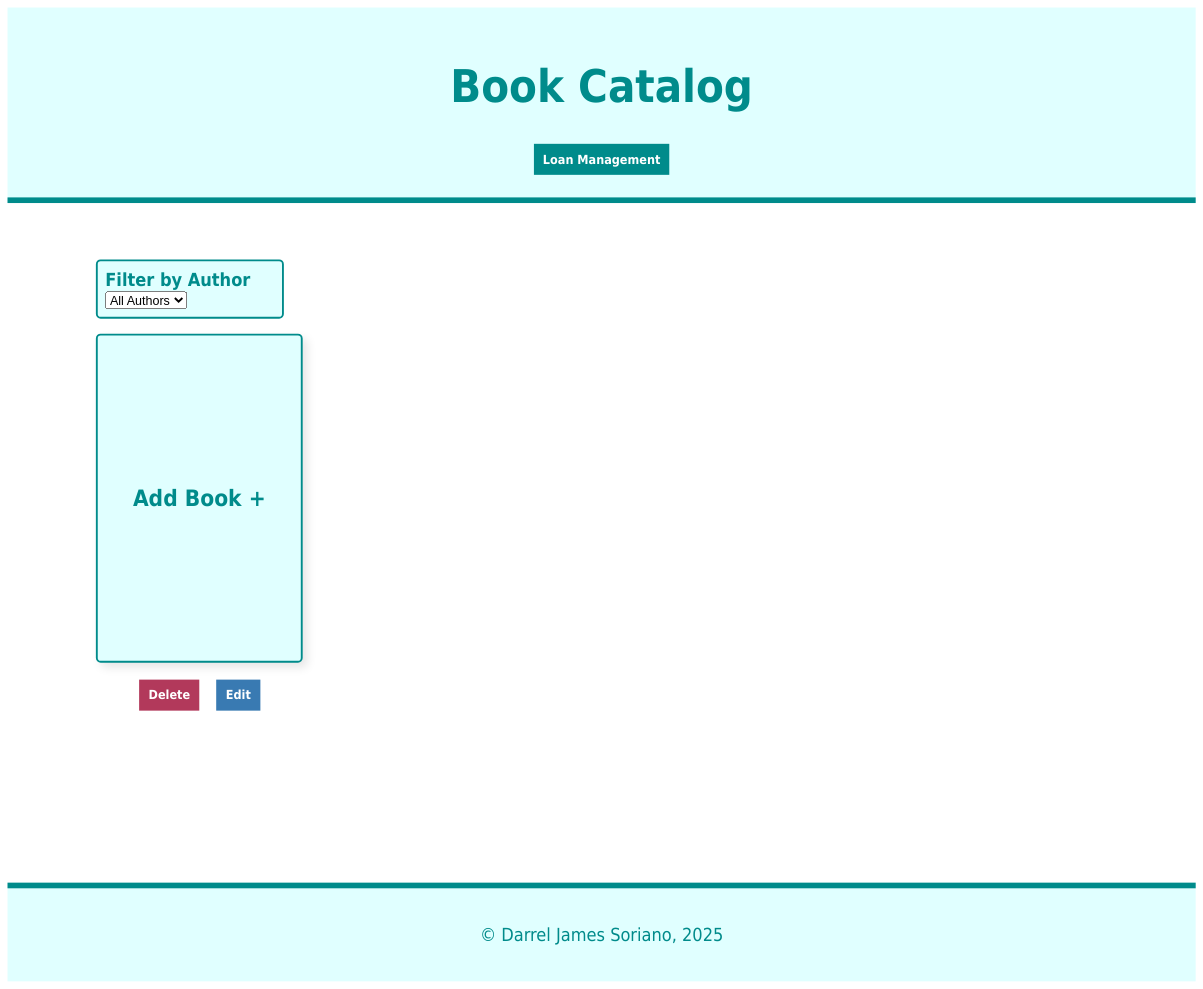
Repository: Darrel00/darrel_frontend_6
Page: / (app in darrel_frontend_6/)
These files come from the project's save history. The page is drawn as it stood at one moment and after the next save; the edit follows.
The browser window is 1280 px wide. The pictures show the whole page, at 94% of full size.
The project was rebuilt for these pictures with package versions that can differ from the ones it lists, and the page was loaded fresh each time. Also part of the build but not shown: darrel_frontend_6/vite.config.js, darrel_frontend_6/src/Book.jsx, darrel_frontend_6/src/Modal.jsx, darrel_frontend_6/src/BookDetails.jsx, darrel_frontend_6/src/LoanManagement.jsx.

Above is the page before, as saved 2025-11-02 01:11:50.

### darrel_frontend_6/index.html
<!doctype html>
<html lang="en">
  <head>
    <meta charset="UTF-8" />
    <link rel="icon" type="image/svg+xml" href="/vite.svg" />
    <meta name="viewport" content="width=device-width, initial-scale=1.0" />
    <title>Getting Started with React</title>
  </head>
  <body>
    <div id="root"></div>
    <script type="module" src="/src/main.jsx"></script>
  </body>
</html>

### darrel_frontend_6/src/index.css
.header {
  color: darkcyan;
  font-size: 1.5em;
  font-family: tahoma, sans-serif;
  padding: 1em;
  margin-bottom: 2.5em;
  text-align: center;
  background: lightcyan;
  border-bottom: darkcyan 6px solid;
}

.addbutton {
  font-family: tahoma, sans-serif;
  font-size: 1.5em;
  width: 220px;
  height: 350px;
  min-width: 220px;
  min-height: 350px;
  max-width: 220px;
  max-height: 350px;
  box-sizing: border-box;
  padding: 1em;
  border: 2px solid darkcyan;
  border-radius: 5px;
  color: darkcyan;
  font-weight: bold;
  background-color: lightcyan;
  box-shadow: 5px 5px 10px rgba(0, 0, 0, 0.1);
  cursor: pointer;
  margin-left: 94px;
  margin-right: 40px;
}

.main-row {
  display: flex;
  align-items: flex-start;
  gap: 54px;
}

.addbutton:hover {
  background-color: darkcyan;
  color: white;
  border-color: lightcyan;
}

.add-button-container {
  justify-content: center;
  align-items: center;
}

.book {
  position: relative;
  border: 2px solid darkcyan;
  width: 200px;
  height: 315px;
  padding: 1em;
  border-radius: 5px;
  background-color: lightcyan;
  box-shadow: 5px 5px 10px rgba(0, 0, 0, 0.1);
  cursor: pointer;
}

.book-selected {
  background-color: darkcyan;
}

.book-image {
  display: block;
  margin: 0 auto;
  width: 100%;
  height: 300px;
  object-fit: cover;
  box-sizing: border-box;
  border-radius: 5px;
}

.book-list {
  display: flex;
  gap: 5em;
  justify-content: left;
  flex-wrap: wrap;
}

.title {
  font-family: tahoma, sans-serif;
  font-size: 1.2em;
  margin-top: 0.5em;
  max-width: 250px;
  color: darkcyan;
}

.filter {
  font-family: tahoma, sans-serif;
  font-weight: bold;
  font-size: 1em;
  margin-bottom: 1em;
  padding: 0.5em;
  border-radius: 5px;
  box-sizing: border-box;
  border: 2px solid darkcyan;
  width: 200px;
  color: darkcyan;
  background-color: lightcyan;
  cursor: pointer;
  margin-left: 94px;
  margin-right: 40px;
}

.filter-title {
  font-family: tahoma, sans-serif;
  font-size: 1.2em;
  margin-bottom: 0.5em;
  color: darkcyan;
}

.loan-button {
  padding: 9px 10px;
  background: darkcyan;
  border: none;
  color: #fff;
  cursor: pointer;
  user-select: none;
  font-family: tahoma, sans-serif;
  font-weight: bold;
}

.delete {
  padding: 9px 10px;
  background: #b2395b;
  border: none;
  color: #fff;
  cursor: pointer;
  user-select: none;
  font-family: tahoma, sans-serif;
  font-weight: bold;
}

.edit {
  bottom: 10;
  right: 1;
  padding: 9px 10px;
  border: none;
  background: #397ab2;
  color: #fff;
  cursor: pointer;
  font-family: tahoma, sans-serif;
  font-weight: bold;
}

.actions {
  display: flex;
  gap: 18px;
  align-items: center;
  margin-top: 18px;
  margin-left: 140px;
}

.author {
  font-family: tahoma, sans-serif;
  font-size: 1em;
  margin-top: 0.1em;
  max-width: 250px;
  color: darkcyan;
}

.price {
  font-family: tahoma, sans-serif;
  font-size: 1em;
  margin-top: 0.1em;
  max-width: 250px;
  color: darkcyan;
  font-weight: bold;
}

.url {
  font-family: tahoma, sans-serif;
  font-size: 1em;
  margin-top: 0.5em;
  color: rgb(87, 119, 236);
  text-decoration: underline;
}

.footer {
  color: darkcyan;
  font-size: 1.2em;
  font-family: tahoma, sans-serif;
  padding: 1em;
  margin-top: 9.5em;
  text-align: center;
  background-color: lightcyan;
  border-top: darkcyan 6px solid;
  align-self: flex-end;
}


.modal {
  font-family: tahoma, sans-serif;
  border: 2px solid darkcyan;
  border-radius: 5px;
  background-color: lightcyan;
  box-shadow: 5px 5px 10px rgba(0, 0, 0, 0.1);
  padding: 2em;
  width: 400px;
  max-width: 90%;
}

.category {
  font-family: tahoma, sans-serif;
  font-size: 1em;
  color: darkcyan;
  margin-top: 0.1em;
  align-items: center;
  display: flex;
  vertical-align: auto;
}

.submit-button {
  font-family: tahoma, sans-serif;
  font-size: 1em;
  padding: 0.5em 1em;
  border: none;
  border-radius: 5px;
  background-color: darkcyan;
  color: white;
  cursor: pointer;
  margin-top: 2em;
}

.input {
  width: 50%;
  padding: 0.5em;
  border: 1px solid #ccc;
  border-radius: 5px;
  box-sizing: border-box;
  margin-left: auto;
}

### darrel_frontend_6/src/App.jsx
import React, { useState } from 'react';
import Book from './Book.jsx';
import Modal from './Modal.jsx';
import BookDetails from './BookDetails.jsx';
import LoanManagement from './LoanManagement.jsx';

function App() {
  const [currentPage, setCurrentPage] = useState('main');
  const [showModal, setShowModal] = useState(false);
  const [selectedBook, setSelectedBook] = useState(null);
  const [books, setBooks] = useState([]);

  function openModal() {
    setShowModal(true);
  }

  function closeModal() {
    setShowModal(false);
  }

  function handleSelectBook(id) {
    setSelectedBook(prev => (prev === id ? null : id));
  }

  function addBook(bookData) {
    const newBook = {
      id: Date.now().toString(),
      title: bookData.title,
      author: bookData.author,
      price: '$0.00',
      image: bookData.image,
      url: '#'
    };

    setBooks(prevBooks => [...prevBooks, newBook]);
  }

  function deleteBook() {
    if (selectedBook) {
      setBooks(prevBooks => prevBooks.filter(book => book.id !== selectedBook));
      setSelectedBook(null);
    }
  }

  function editBook() {
    if (selectedBook) {
      const bookToEdit = books.find(book => book.id === selectedBook);
      if (bookToEdit) {
        const newTitle = prompt('Enter new title:', bookToEdit.title);
        const newAuthor = prompt('Enter new author:', bookToEdit.author);
        if (newTitle !== null && newAuthor !== null) {
          setBooks(prevBooks =>
            prevBooks.map(book =>
              book.id === selectedBook
                ? { ...book, title: newTitle, author: newAuthor }
                : book
            )
          );
        }
      }
    }
  }


  const [filter, setFilter] = useState('');
  const categories = [...new Set(books.map(book => book.author))];

  if (currentPage === 'loan') {
    return (
      <div className="App">
        <LoanManagement onBack={() => setCurrentPage('main')} />
      </div>
    );
  }

  return (
    <div className="App">
      <div className="header">
        <h1>Book Catalog</h1>
        <button className="loan-button" onClick={() => setCurrentPage('loan')}>Loan Management</button>
      </div>
      <div className="filter">
      <span className="filter-title">Filter by Author</span>
      <select value={filter} onChange={(e) => setFilter(e.target.value)}>
        <option value="">All Authors</option>
        {categories.map((category) => (
          <option key={category} value={category}>
            {category}
          </option>
        ))}
      </select>
      </div>
      <div className="main-row">
        <div className="add-button-container">
        <button
          className="addbutton"
          onClick={openModal}
        >
          Add Book +
        </button>
        <div className="actions">
          <button onClick={deleteBook} className="delete">Delete</button>
          <button onClick={editBook} className="edit">Edit</button>
        </div>
        </div>
        <div className="book-list">
          {books.filter(book => !filter || book.author === filter).map((book) => (
            <Book
              key={book.id}
              id={book.id}
              title={book.title}
              author={book.author}
              price={book.price}
              image={book.image}
              url={book.url}
              selected={selectedBook === book.id}
              onSelect={() => handleSelectBook(book.id)}
            />
          ))}
        </div>
      </div>

      {showModal && <Modal onClose={closeModal} onAddBook={addBook} />}
      <div className="footer">
        <p>© Darrel James Soriano, 2025</p>
      </div>
    </div>
  );
}

export default App;

Loaded but not shown: darrel_frontend_6/src/main.jsx (common file)

After the next save:
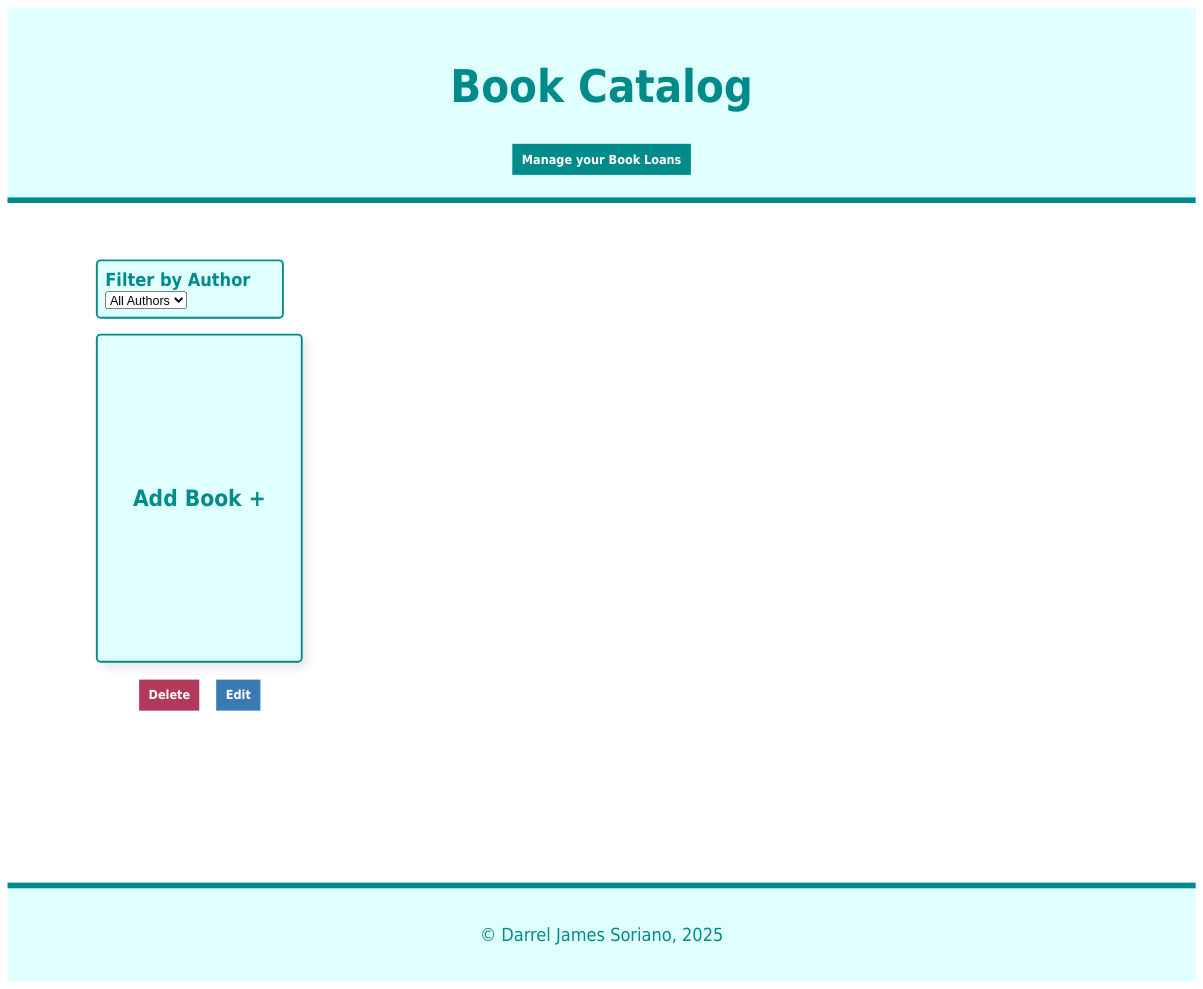
Saved 22 s later.
--- a/darrel_frontend_6/src/App.jsx
+++ b/darrel_frontend_6/src/App.jsx
@@ -77,7 +77,7 @@ function App() {
     <div className="App">
       <div className="header">
         <h1>Book Catalog</h1>
-        <button className="loan-button" onClick={() => setCurrentPage('loan')}>Loan Management</button>
+        <button className="loan-button" onClick={() => setCurrentPage('loan')}>Manage your Book Loans</button>
       </div>
       <div className="filter">
       <span className="filter-title">Filter by Author</span>
